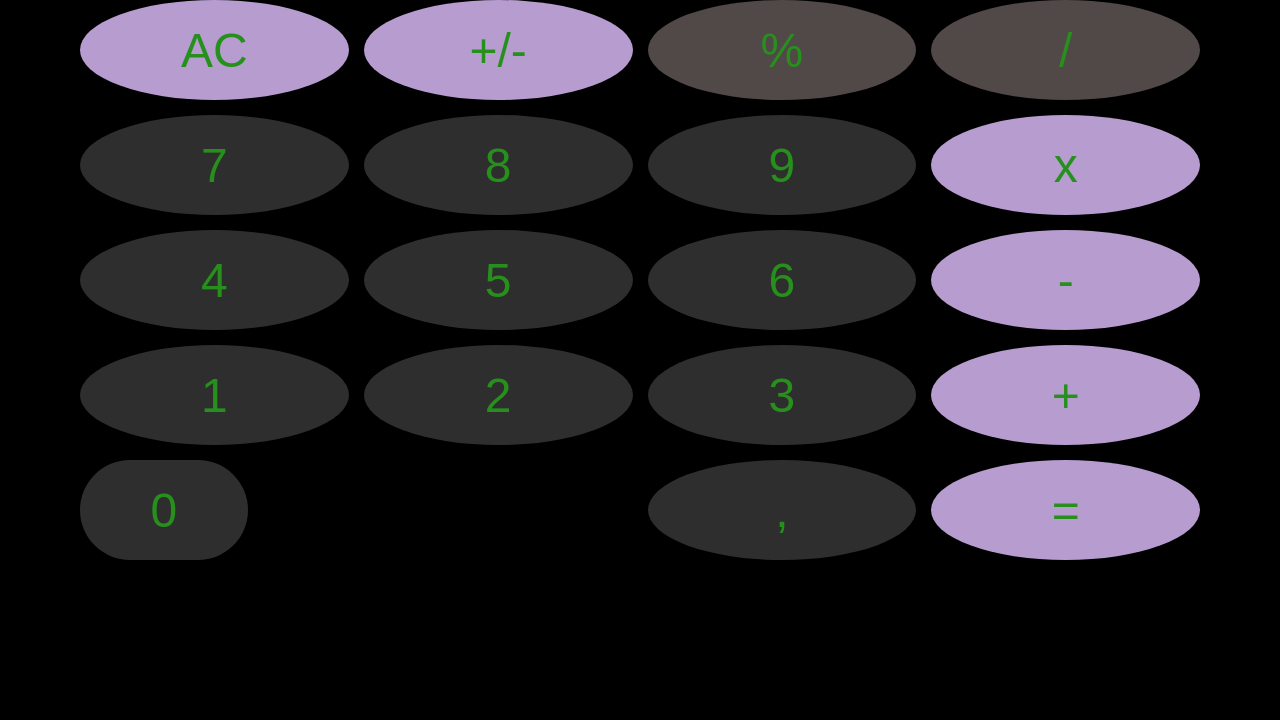
Repository: usalokiN/Web-calculator
Page: index.html
An editor plug-in stored every save of this project. The page is shown before and after the next save, followed by the edit.
The browser window is 1280 px wide. The pictures show the whole page.
After loading, the first visible `button.numbers` was clicked once.

Above is the page before, as saved 2022-10-06 21:58:49.
Console error: TypeError: equals.addEventListener is not a function

### index.html
<!DOCTYPE html>
<html lang="en">
<head>
    <meta charset="UTF-8">
    <meta http-equiv="X-UA-Compatible" content="IE=edge">
    <meta name="viewport" content="width=device-width, initial-scale=1.0">
    <link rel="stylesheet" href="style.css">
    <title>Web-calculator</title>
</head>
<body>
    <div class="container">
        <div class="result">
            <span>0</span>
        </div>
        <div class="buttons">
            <button class="item item1 clear ">AC</button>
            <button class="item item1 negative">+/-</button>
            <button class="item percent sign">%</button>
            <button class="item percent sign">/</button>
            <button class="item numbers">7</button>
            <button class="item numbers">8</button>
            <button class="item numbers">9</button>
            <button class="item item3 sign">x</button>
            <button class="item numbers">4</button>
            <button class="item numbers">5</button>
            <button class="item numbers">6</button>
            <button class="item item3 sign">-</button>
            <button class="item numbers">1</button>
            <button class="item numbers">2</button>
            <button class="item numbers">3</button>
            <button class="item item3 sign">+</button>
            <button class="item numbers itemZero">0</button>
            <button class="item comma">,</button>
            <button class="item item3 equals">=</button>
        </div>
    </div>




    <script src="index.js"></script>
</body>
</html>

### style.css
* {
    padding: 0;
    margin: 0;
}
html, body #fullheight {
    min-height: 100% !important;
    height: 100%;
    font-family: Arial, Helveticam sans-serif;
    background-color:black;
}
.container {
    height: 100%;
    background-color:black;

}
.result {
    display: flex;
    justify-content: flex-end;
    align-items: flex-end;
    height: 39%;
    color:rgb(175, 206, 233);
}
.result span {
    margin-right: 60px;
    font-size: 150px;
    justify-self: flex-end;
}
.buttons {
    justify-content: center;
    gap: 15px;
    width: 100%;
    height: 60%;
    background-color: black;
    display: grid;
    grid-template-columns: 21% 21% 21% 21%;
}
.item {
    display: flex;
    justify-content: center;
    align-items: center;
    font-size: 3em;
    color: rgb(44, 160, 33);
    border-radius: 100%;
    width: 100%;
    height: 100px;
    padding: 10px;
    cursor: pointer;
    align-self: center;
    justify-content: center;
    opacity: 0.9;
}
.percent {
    background-color: rgb(90, 80, 80);
    border: none;
}
.item1 {
    background-color:rgb(202, 173, 230);
    border: none;
}
.item3 {
    background-color: rgb(202, 173, 230);
    border: none;
}
.numbers, .comma {
    background-color: #343434;
    border: none;
}
.negative .clear {
    color: black;
}
.itemZero {
    background-color: #343434;
    width: 3.5em;
    border-radius: 135px;
    grid-column: span 2;
    border: none;
}

### index.js
const numbers = document.querySelectorAll('.numbers');
const result = document.querySelector('.result span');
const percent = document.querySelector('.percent');
const comma = document.querySelector('.comma');
const signs = document.querySelectorAll('.sign');
const equals = document.querySelectorAll('.equals');
const clear = document.querySelector('.clear');
const negative = document.querySelector('.negative');

// ==============================================
let firstValue = '',
    isFirstValue = false,
    secondValue = '',
    isSecondValue = false,
    sign = '',
    resultValue = 0;


for (let i = 0; i <numbers.length; i++) {
    numbers[i].addEventListener('click', (e)=> {
        let atr = e.target.getAttribute('value');
        if (isFirstValue === false) {
            getFirstValue(atr);
        }
        if (isSecondValue == false) {
            getSecondValue(atr);
        }
    });



    function getFirstValue (el) {
        result.innerHTML = '';
        firstValue += el;
        result.innerHTML = firstValue;
        firstValue = +firstValue;

    }

    function getSecondValue (el) {
        if(firstValue != "" && sign != "")

        secondValue += el;
        result.innerHTML = secondValue;
        secondValue = +secondValue;

    };
}

function getSign (el) {
    for (let i = 0; i < sign.length; i++) {
        signs[i].addEventListener('click', (event) => {
            sign = event.target.getAttribute('value');
            isFirstValue = true;
        });
    }
}
equals.addEventListener('click', () => {
    result.innerHTML = '';
    if(sign == "+") {
        resultValue = firstValue + secondValue;
    } else if (sign == '-') {
        resultValue = firstValue - secondValue;
    } else if (sign === 'x') {
        resultValue = firstValue * secondValue;
    } else if (sign === '/') {
        resultValue = firstValue / secondValue;
    }
    result.innerHTML = resultValue;
    firstValue = resultValue;
    secondValue = '';
});
function checkResultLength() {
    resultValue = JSON.stringify(resultValue);

    if (resultValue.length >= 8) {
        resultValue = JSON.parse(resultValue);
    }
}




getSign();

After the next save:
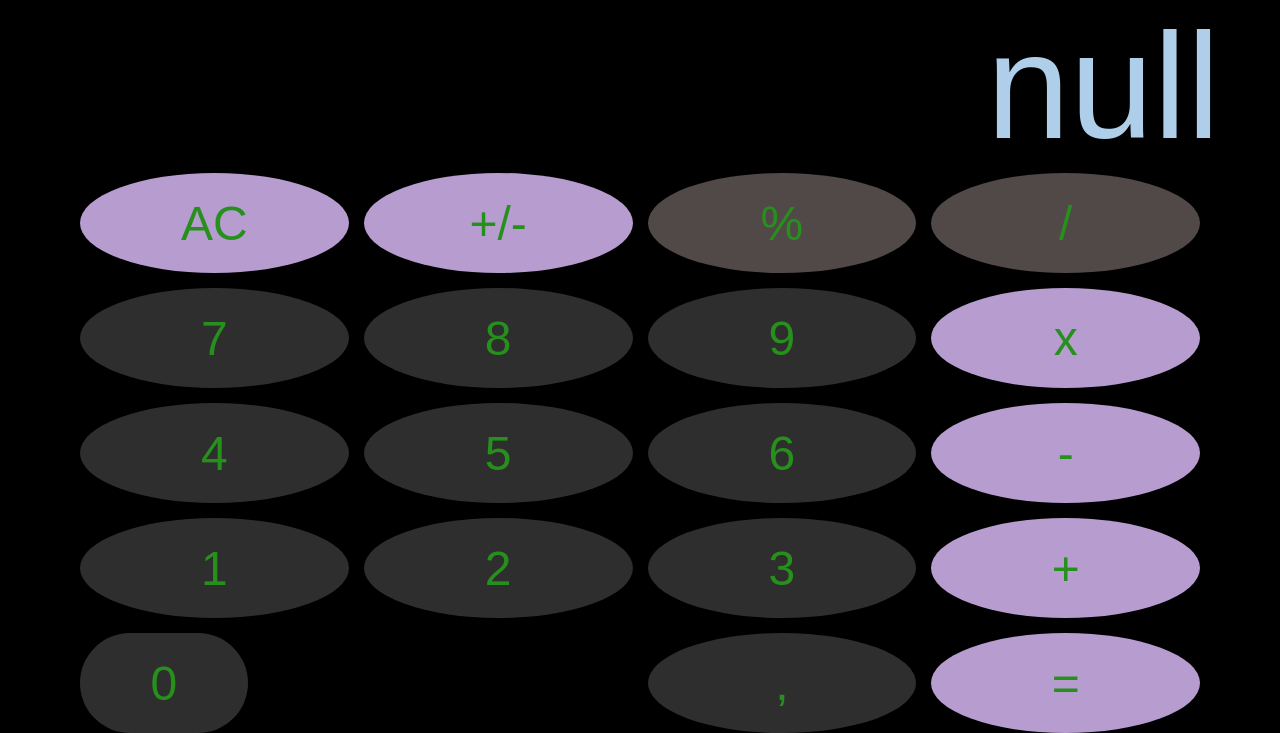
Saved 12 s later.
--- a/index.js
+++ b/index.js
@@ -22,7 +22,7 @@ for (let i = 0; i <numbers.length; i++) {
         if (isFirstValue === false) {
             getFirstValue(atr);
         }
-        if (isSecondValue == false) {
+        else if (isSecondValue == false) {
             getSecondValue(atr);
         }
     });
